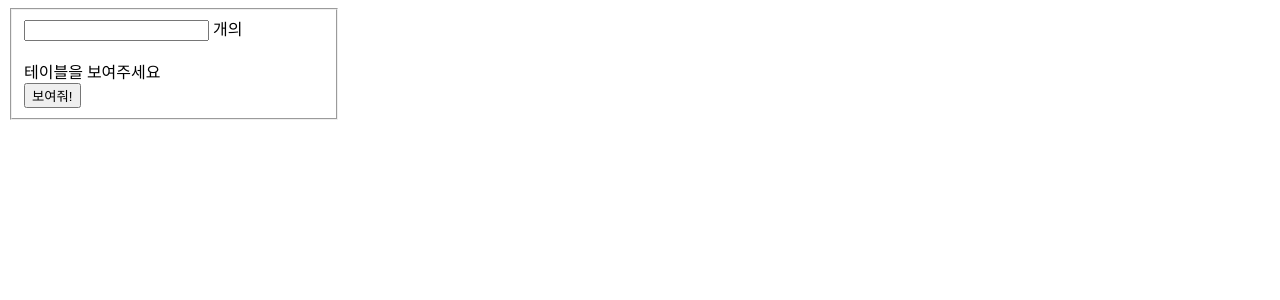
Repository: hus0124/M-IT
Page: JSP_Workspaces/Test2/WebContent/count_table.html
These files come from the project's save history. The page is drawn as it stood at one moment and after the next save; the edit follows.
The browser window is 1280 px wide. The pictures show the whole page.

Above is the page before, as saved 2019-12-31 07:51:41.

### JSP_Workspaces/Test2/WebContent/count_table.html
<!DOCTYPE html>
<html>
<head>
<meta charset="EUC-KR">
<title>Insert title here</title>
</head>
<body>
<form action = "table.jsp">
	<fieldset style = "width:300px">
	<input type="text" name = "num">&nbsp;개의<br><br>
	테이블을 보여주세요<br>
	<input type="submit" value = "보여줘!">
	</fieldset>
</form>
</body>
</html>

After the next save:
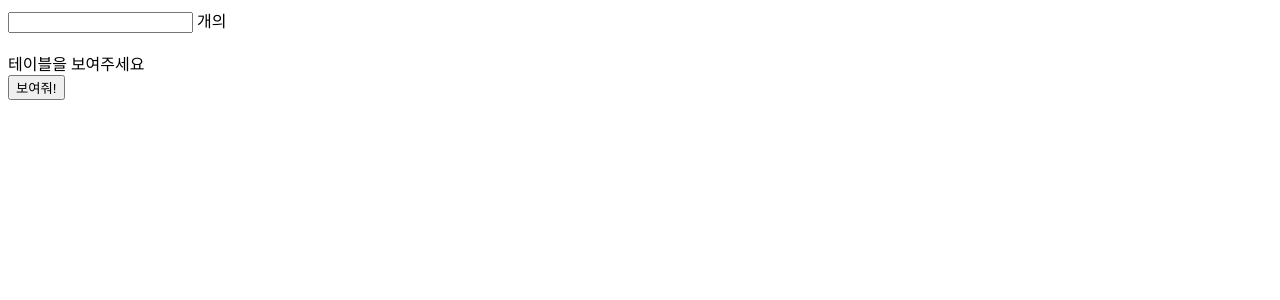
Saved 65 s later.
--- a/JSP_Workspaces/Test2/WebContent/count_table.html
+++ b/JSP_Workspaces/Test2/WebContent/count_table.html
@@ -6,11 +6,11 @@
 </head>
 <body>
 <form action = "table.jsp">
-	<fieldset style = "width:300px">
+
 	<input type="text" name = "num">&nbsp;개의<br><br>
 	테이블을 보여주세요<br>
 	<input type="submit" value = "보여줘!">
-	</fieldset>
+
 </form>
 </body>
 </html>

After the save that followed:
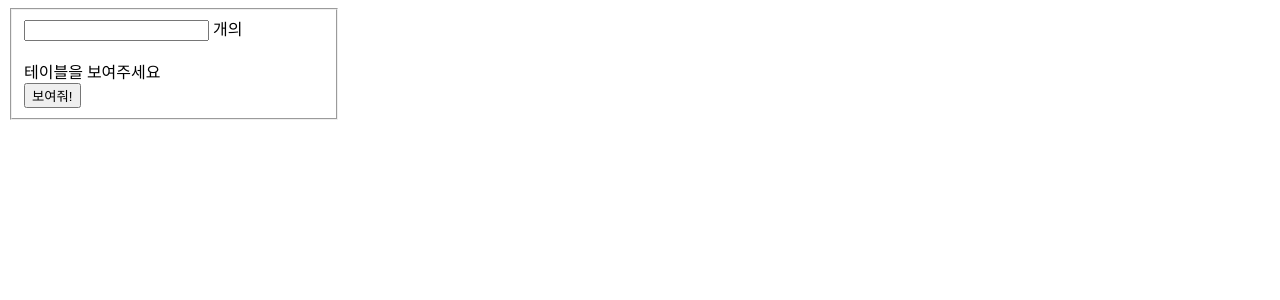
Saved 20 s later.
--- a/JSP_Workspaces/Test2/WebContent/count_table.html
+++ b/JSP_Workspaces/Test2/WebContent/count_table.html
@@ -6,11 +6,11 @@
 </head>
 <body>
 <form action = "table.jsp">
-
+	<fieldset style = "width:300px">
 	<input type="text" name = "num">&nbsp;개의<br><br>
 	테이블을 보여주세요<br>
 	<input type="submit" value = "보여줘!">
-
+	</fieldset>
 </form>
 </body>
 </html>
